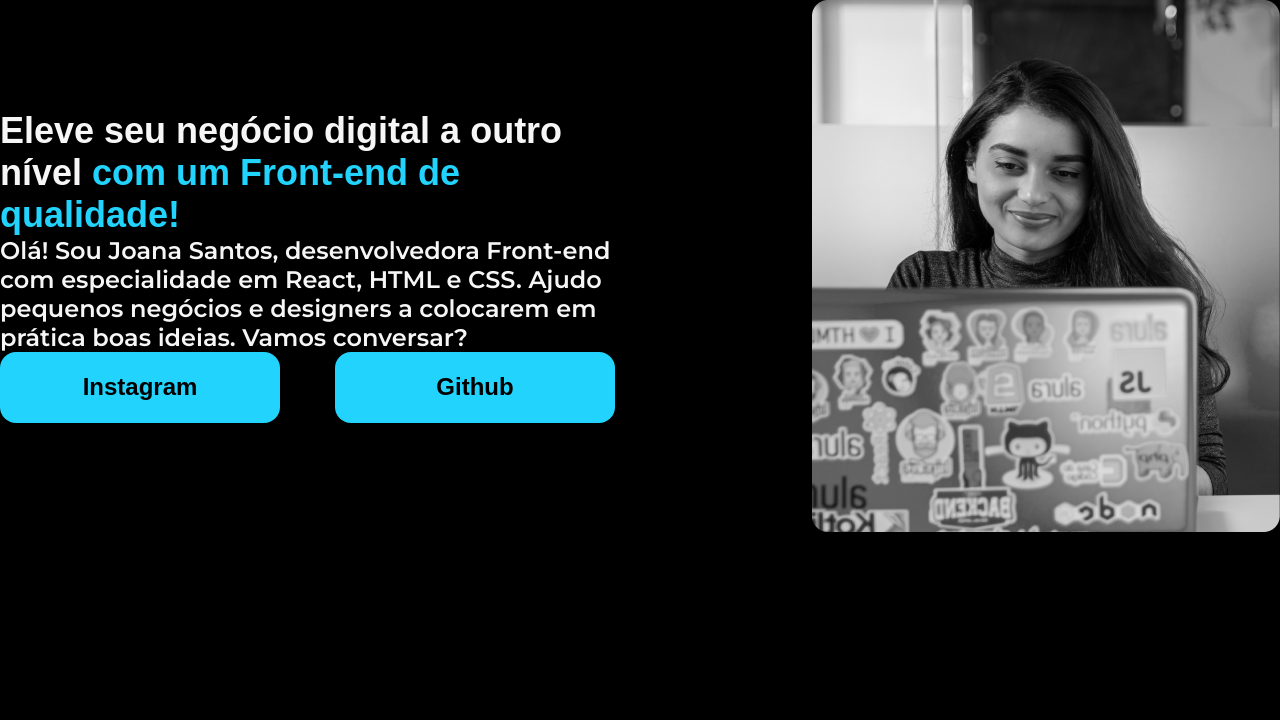
Repository: YoungAkira/CursoHtmlCss
Page: index.html
The author's editor kept a copy of each file at every save. The page is drawn from the files as they stood at one save, then again after the next save.
The browser window is 1280 px wide. The pictures show the whole page.
Some web fonts or font styles are not loaded; a fallback is used.

Above is the page before, as saved 2023-05-13 13:00:27.

After the next save:
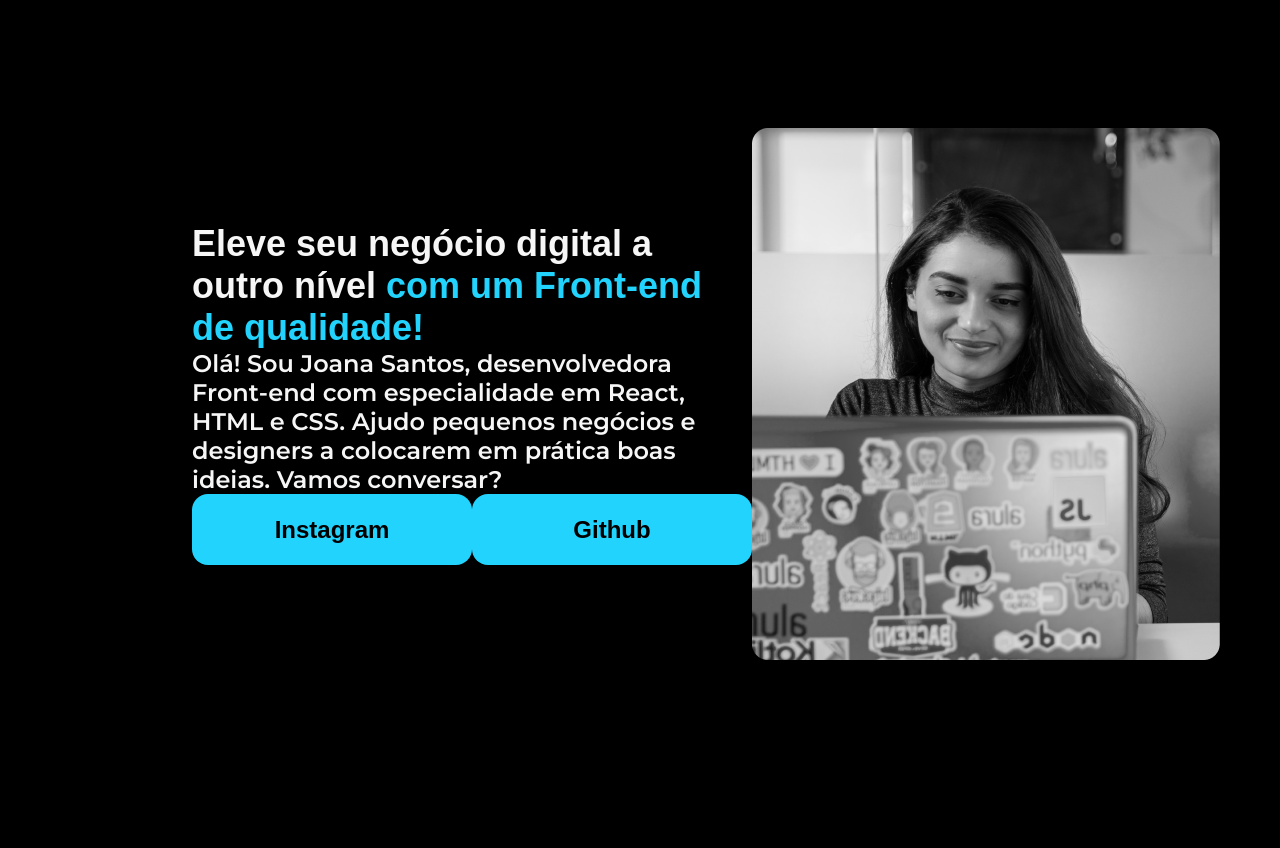
Saved 16 s later.
--- a/style.css
+++ b/style.css
@@ -23,7 +23,7 @@ body {
     display: flex;
     align-items: center;
     justify-content: space-between;
-    margin: 10%,15%;
+    margin: 10% 15%;
 }
 
 
